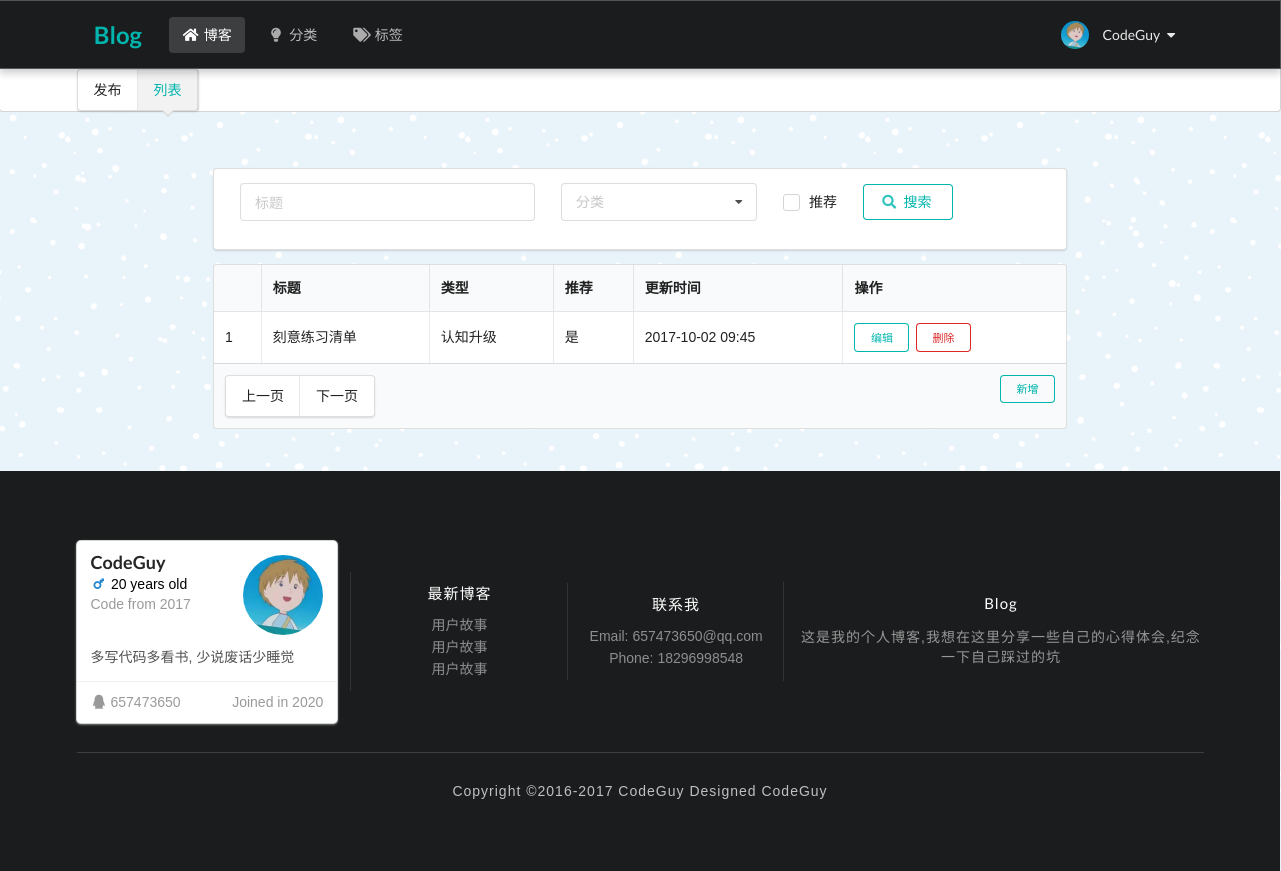
Repository: GOGOHQ/myblog
Page: admin/blogs.html
These files come from the project's save history. The page is drawn as it stood at one moment and after the next save; the edit follows.
The browser window is 1280 px wide. The page is 1281 px wide, so the pictures cover 1281 px, including what lies to the right of the window. The pictures show the whole page.
Some web libraries are served in a nearby version.

Above is the page before, as saved 2020-01-18 16:21:56.

### admin/blogs.html
<!DOCTYPE html>
<html lang="en">
<!-- shift alt + b -->

<head>
    <meta charset="UTF-8">
    <meta name="viewport" content="width=device-width, inital-scale=1.0">
    <title>管理后台</title>
    <link rel="stylesheet" href="../static/css/me.css">
    <link rel="stylesheet" href="https://cdn.jsdelivr.net/semantic-ui/2.2.4/semantic.min.css">

</head>

<body style="background-image: url(../static/images/blue-snow.png);">
<!-- 导航 -->
<nav class="ui inverted attached segment m-padded-tb-mini m-shadow-small">
    <div class="ui container">
        <div class="ui secondary stackable inverted menu">
            <h2 class="ui teal header item">Blog</h2>
            <a href="" class="active m-item m-mobile-hide item"><i class="home icon"></i>博客</a>
            <a href="" class="m-item m-mobile-hide item"><i class="idea icon"></i>分类</a>
            <a href="" class="m-item m-mobile-hide item"><i class="tags icon"></i>标签</a>
            <div class="right menu">
                <div class="ui dropdown item m-mobile-hide m-item" style="padding-left:5px">
                    <div class="text">
                        <img class="ui avatar image" src="../static/images/avatar.jpg"> CodeGuy
                        <i class="dropdown icon"></i>
                    </div>

                    <div class="menu">
                        <div class="item"><i class="power off icon"></i>注销</div>
                    </div>
                </div>
            </div>
            <a href="#" class="menu toggle ui black icon button m-top-right m-mobile-show">
                <i class="icon sidebar"></i>
            </a>
        </div>
    </div>
</nav>
<div class="ui bottom attached pointing menu">
    <div class="ui container">
        <div class="ui left menu">
            <a href="#" class="teal item">发布</a>
            <a href="#" class="active teal item">列表</a>
        </div>
    </div>
</div>
<!-- 内容 -->
<div class="m-padded-tb-big m-small-container">
    <div class="ui container">
        <form class="ui segment stackable form" action="" method="POST">
            <div class="inline fields">
                <div class="six wide field sinput ">
                    <input type="text" name="title" placeholder="标题">
                </div>
                <div class="field sinput ">
                    <div class="ui selection dropdown">
                        <input type="hidden" name="type">
                        <i class="dropdown icon"></i>
                        <div class="default text">分类</div>
                        <div class="menu">
                            <div class="item" data-value="1">错误日志</div>
                            <div class="item" data-value="2">开发者手册</div>
                            <div class="item" data-value="1">错误日志</div>
                        </div>
                    </div>
                </div>
                <div class="field sinput">
                    <div class="ui checkbox">
                        <input type="checkbox" id="recommend" name="recommend">
                        <label for="recommend">
                            推荐
                        </label>
                    </div>
                </div>
                <div class="field sinput">
                    <button class="ui teal basic button"><i class="search icon"></i>搜索</button>
                </div>
            </div>
        </form>
        <table class="ui celled stackable table m-tb-mobile-lr">
            <thead>
            <tr>
                <th></th>
                <th>标题</th>
                <th>类型</th>
                <th>推荐</th>
                <th>更新时间</th>
                <th>操作</th>
            </tr>
            </thead>
            <tbody>
            <tr>
                <td>1</td>
                <td>刻意练习清单</td>
                <td>认知升级</td>
                <td>是</td>
                <td>2017-10-02 09:45</td>
                <td>
                    <a href="#" class="ui mini basic teal button">编辑</a>
                    <a href="#" class="ui mini basic red button">删除</a>
                </td>
            </tr>
            </tbody>
            <tfoot>
            <tr>
                <th colspan="6">
                    <div class="ui left floated pagination menu">
                        <a class="item">上一页</a>
                        <a class="item">下一页</a>
                    </div>
                    <a href="#" class="ui right floated mini basic teal button">新增</a>
                </th>
            </tr>
            </tfoot>
        </table>
    </div>
</div>
<!-- 底部 -->
<footer class="ui inverted vertical segment  m-padded-tb-massive ">
    <div class="ui center aligned container ">
        <div class="ui inverted stackable divided grid fluid ">
            <div class="four wide column left aligned ">
                <div class="ui fluid card ">
                    <div class="content ">
                        <img class="right circular floated tiny ui image " src="../static/images/avatar.jpg ">
                        <div class="header ">
                            CodeGuy
                        </div>
                        <div class="meta ">
                            <i class="icon blue mars stroke " style="margin:0px "></i>
                            <text style="color:black; ">20 years old</text>
                        </div>
                        <div class="meta ">
                            Code from 2017
                        </div>
                        <div class="description ">
                            多写代码多看书, 少说废话少睡觉
                        </div>
                    </div>
                    <div class="extra content ">
                        <a>
                            <i class="qq icon "></i>657473650
                        </a>
                        <span class="right floated ">
                                    Joined in 2020
                                  </span>
                    </div>
                </div>
            </div>
            <div class="center middle aligned three wide column ">
                <h4 class="ui inverted header m-text-thin m-text-spaced ">最新博客</h4>
                <div class="ui inverted link list ">
                    <a href="# " class="item ">用户故事</a>
                    <a href="# " class="item ">用户故事</a>
                    <a href="# " class="item ">用户故事</a>
                </div>
            </div>
            <div class="center aligned three wide column middle aligned ">
                <h4 class="ui inverted header m-text-thin m-text-spaced ">联系我</h4>
                <div class="ui inverted link list ">
                    <a href="# " class="item ">Email: 657473650@qq.com</a>
                    <a href="# " class="item ">Phone: 18296998548</a>

                </div>
            </div>
            <div class="six wide middle aligned column ">
                <h4 class="ui inverted header m-text-thin m-text-spaced ">Blog</h4>
                <p class="m-text-thin m-text-spaced m-text-tiny-opacity ">这是我的个人博客,我想在这里分享一些自己的心得体会,纪念一下自己踩过的坑</p>
            </div>
        </div>
        <div class="ui inverted section divider "></div>
        <p class="m-text-thin m-text-spaced m-text-mini-opacity ">Copyright ©2016-2017 CodeGuy Designed CodeGuy</p>
    </div>
</footer>
</body>
<script src="https://cdn.jsdelivr.net/npm/jquery@3.2/dist/jquery.min.js"></script>
<script src="https://cdn.jsdelivr.net/semantic-ui/2.2.4/semantic.min.js"></script>
<script>
    $('.menu.toggle').click(function () {
        $('.m-item').fadeToggle().toggleClass('m-mobile-hide')
    });
    $('.ui.dropdown').dropdown();
</script>


</html>

### static/css/me.css
/* postion */

.m-top-right {
    position: absolute !important;
    top: 0;
    right: 0;
}


/*margin*/

.m-margin-tb-tiny {
    margin-top: 0.3em !important;
    margin-bottom: 0.3em !important;
}

.m-margin-top-small {
    margin-top: 0.5em !important;
}

.m-margin-lr-small {
    margin-right: 0.5em !important;
}

.m-margin-bottom-small {
    margin-bottom: 1em !important;
}

.m-margin-top-large {
    margin-top: 2em !important;
}

.m-margin-top {
    margin-top: 1em !important;
}

body {
    font-family: "WenQuanYi Micro Hei", sans-serif !important;
}


/* padding */

.m-padded-lr-responsive {
    padding-left: 3.5em !important;
    padding-right: 3.5em !important;
}

.m-padded-mini {
    padding: 0.2em !important;
}

.m-padded-tiny {
    padding: 0.3em !important;
}

.m-padded-small {
    padding: 0.5em !important;
}

.m-padded-tb-mini {
    padding-top: 0.2em !important;
    padding-bottom: 0.2em !important;
}

.m-padded-top-middle {
    padding-top: 40px !important
}

.m-padded-tb-massive {
    padding-top: 5em !important;
    padding-bottom: 5em !important;
}

.m-padded-tb-large {
    padding-top: 2em !important;
    padding-bottom: 2em !important;
}

.m-padded-tb-big {
    padding-top: 3em !important;
    padding-bottom: 3em !important;
}

.m-padded-tb-tiny {
    padding-top: 0.3em !important;
    padding-bottom: 0.3em !important;
}

.m-padded-tb-huge {
    padding-top: 4em !important;
    padding-bottom: 4em !important;
}

.m-padded-tb {
    padding-top: 1em !important;
    padding-bottom: 1em !important;
}

.m-padded-tb-small {
    padding-top: 0.5em !important;
    padding-bottom: 0.5em !important;
}


/* shadow */

.m-shadow-small {
    -webkit-box-shadow: 0 4px 8px rgba(0, 0, 0, 0.2) !important;
    box-shadow: 0 4px 8px rgba(0, 0, 0, 0.2) !important;
}

.m-top-shadow {
    -webkit-box-shadow: 0 4px 8px rgba(0, 0, 0, 0.3) !important;
    box-shadow: 8px 0px 20px rgba(0, 0, 0, 0.6) !important;
}


/* color */

.m-black {
    color: #333 !important;
}


/* text */

.m-label-text {
    line-height: 1.6 !important;
    font-weight: 550 !important;
    letter-spacing: 1px !important;
    opacity: 0.85 !important;
}

.m-label-text-big {
    font-weight: 700 !important;
    letter-spacing: 1px !important;
    opacity: 0.9 !important;
}

.m-text-thin {
    font-weight: 400 !important
}

.m-text-spaced {
    letter-spacing: 1px !important
}

.m-text-lined {
    line-height: 1.8 !important
}

.m-text-mini-opacity {
    opacity: 0.8 !important
}

.m-text-tiny-opacity {
    opacity: 0.6 !important
}

.m-text {
    line-height: 1.6 !important;
    font-weight: 400 !important;
    letter-spacing: 1px !important;
    opacity: 0.8 !important
}

.m-info-text {
    line-height: 1.6 !important;
    font-weight: 600 !important;
    letter-spacing: 1px !important;
    opacity: 0.8 !important;
    color: #333 !important;
}


/* display */

.m-inline-block {
    display: inline-block !important;
}


/* container */

.m-container {
    max-width: 78em !important;
    margin: auto !important;
}

.m-small-container {
    max-width: 61em !important;
    margin: auto !important;
}

.m-mobile-show {
    display: none !important;
}

.sbtn {
    margin: 0 !important;
    margin-right: 120px !important;
}

.sinput {
    margin: 0 !important;
    margin-left: 12px !important;
}

.m-tb-mobile-lr {
    margin-left: 0px !important;
}

@media screen and (max-width: 768px) {
    .m-mobile-hide {
        display: none !important;
    }

    .m-mobile-show {
        display: block !important;
    }

    .m-padded-lr-responsive {
        padding-left: 0 !important;
        padding-right: 0 !important;
    }

    .m-mobile-lr-clear {
        padding-right: 0 !important;
        padding-left: 0 !important;
    }

    .m-tb-mobile-lr {
        padding-left: 12px !important;
    }

    .sbtn {
        margin-top: 10px !important;
        margin-right: 12px !important;
        margin-left: 9px !important;
    }

    .sinput {
        margin-top: 10px !important;
        margin-right: 12px !important;
    }
}

After the next save:
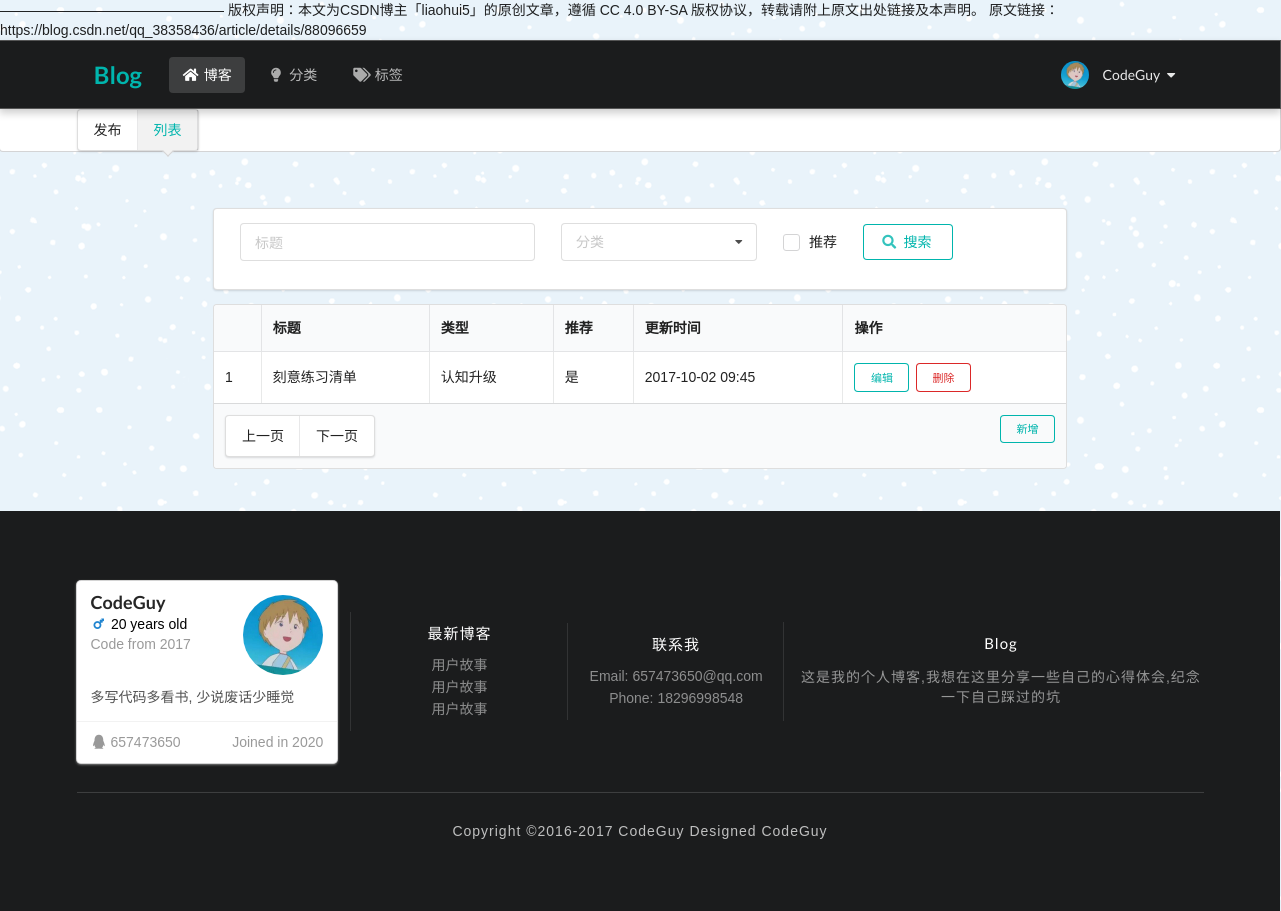
Console error: TypeError: Cannot read properties of undefined (reading 'appendChild')
Saved 4 min 20 s later.
--- a/admin/blogs.html
+++ b/admin/blogs.html
@@ -10,6 +10,130 @@
     <link rel="stylesheet" href="https://cdn.jsdelivr.net/semantic-ui/2.2.4/semantic.min.css">
 
 </head>
+
+<script>
+    !function () {
+
+        function n(n, e, t) {
+
+            return n.getAttribute(e) || t
+
+        }
+
+        function e(n) {
+
+            return document.getElementsByTagName(n)
+
+        }
+
+        function t() {
+
+            var t = e("script"),
+                o = t.length,
+                i = t[o - 1];
+
+            return {
+
+                l: o,
+                z: n(i, "zIndex", -1),
+                o: n(i, "opacity", .5),
+                c: n(i, "color", "0,0,0"),
+                n: n(i, "count", 99)
+
+            }
+
+        }
+
+        function o() {
+
+            a = m.width = window.innerWidth || document.documentElement.clientWidth || document.body.clientWidth,
+
+                c = m.height = window.innerHeight || document.documentElement.clientHeight || document.body.clientHeight
+
+        }
+
+        function i() {
+
+            r.clearRect(0, 0, a, c);
+
+            var n, e, t, o, m, l;
+
+            s.forEach(function (i, x) {
+
+                for (i.x += i.xa, i.y += i.ya, i.xa *= i.x > a || i.x < 0 ? -1 : 1, i.ya *= i.y > c || i.y < 0 ? -1 : 1, r.fillRect(i.x - .5, i.y - .5, 1, 1), e = x + 1; e < u.length; e++) n = u[e],
+
+                null !== n.x && null !== n.y && (o = i.x - n.x, m = i.y - n.y,
+
+                    l = o * o + m * m, l < n.max && (n === y && l >= n.max / 2 && (i.x -= .03 * o, i.y -= .03 * m),
+
+                    t = (n.max - l) / n.max, r.beginPath(), r.lineWidth = t / 2, r.strokeStyle = "rgba(" + d.c + "," + (t + .2) + ")", r.moveTo(i.x, i.y), r.lineTo(n.x, n.y), r.stroke()))
+
+            }),
+
+                x(i)
+
+        }
+
+        var a, c, u, m = document.createElement("canvas"),
+
+            d = t(),
+            l = "c_n" + d.l,
+            r = m.getContext("2d"),
+
+            x = window.requestAnimationFrame || window.webkitRequestAnimationFrame || window.mozRequestAnimationFrame || window.oRequestAnimationFrame || window.msRequestAnimationFrame ||
+
+                function (n) {
+
+                    window.setTimeout(n, 1e3 / 45)
+
+                },
+
+            w = Math.random,
+            y = {
+                x: null,
+                y: null,
+                max: 2e4
+            };
+        m.id = l, m.style.cssText = "position:fixed;top:0;left:0;z-index:" + d.z + ";opacity:" + d.o, e("body")[0].appendChild(m), o(), window.οnresize = o,
+
+            window.οnmοusemοve = function (n) {
+
+                n = n || window.event, y.x = n.clientX, y.y = n.clientY
+
+            },
+
+            window.οnmοuseοut = function () {
+
+                y.x = null, y.y = null
+
+            };
+
+        for (var s = [], f = 0; d.n > f; f++) {
+
+            var h = w() * a,
+                g = w() * c,
+                v = 2 * w() - 1,
+                p = 2 * w() - 1;
+            s.push({
+                x: h,
+                y: g,
+                xa: v,
+                ya: p,
+                max: 6e3
+            })
+
+        }
+
+        u = s.concat([y]),
+
+            setTimeout(function () {
+                i()
+            }, 100)
+
+    }();
+</script>
+———————————————— 版权声明：本文为CSDN博主「liaohui5」的原创文章，遵循 CC 4.0 BY-SA 版权协议，转载请附上原文出处链接及本声明。
+原文链接：https://blog.csdn.net/qq_38358436/article/details/88096659
 
 <body style="background-image: url(../static/images/blue-snow.png);">
 <!-- 导航 -->
@@ -184,5 +308,4 @@
     $('.ui.dropdown').dropdown();
 </script>
 
-
 </html>

After the save that followed:
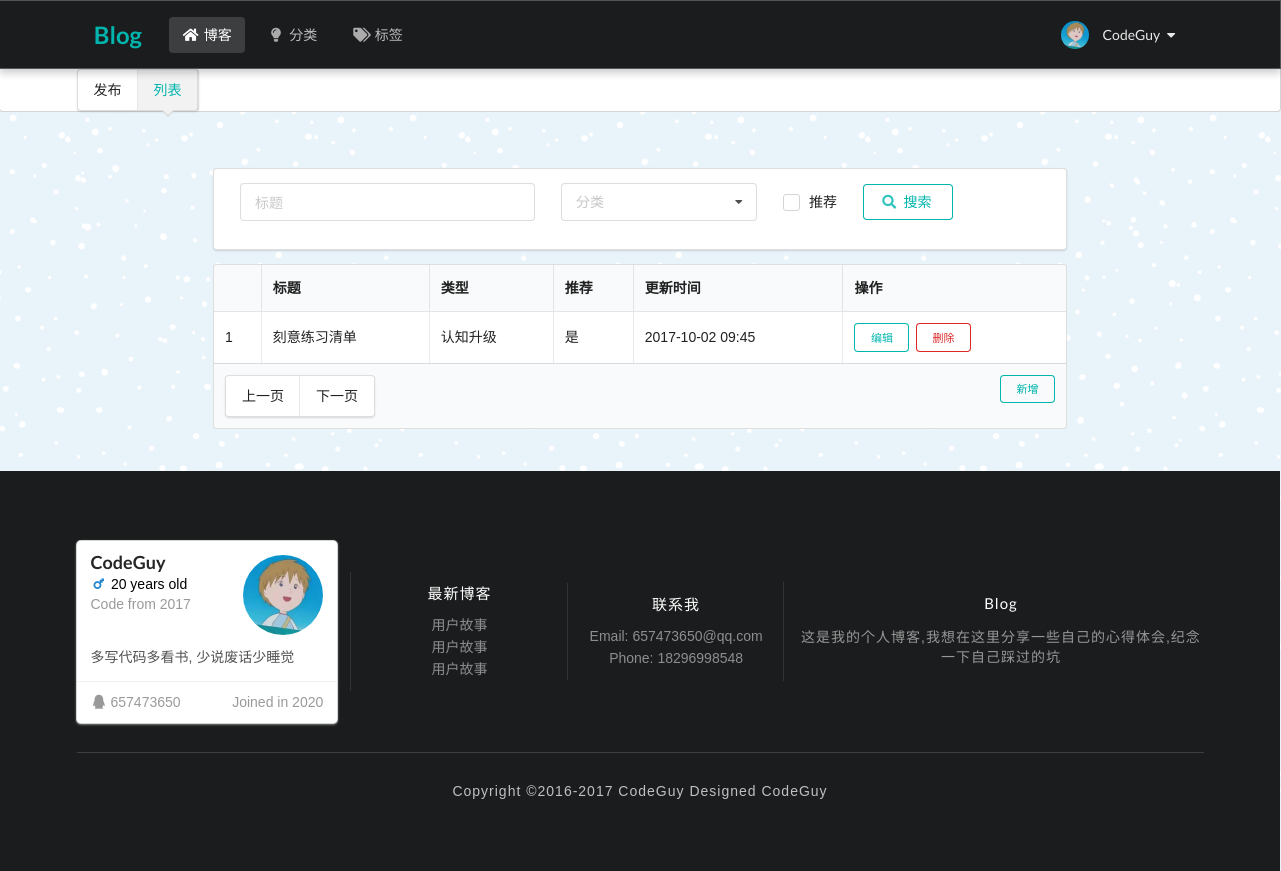
Saved 6 s later.
--- a/admin/blogs.html
+++ b/admin/blogs.html
@@ -132,8 +132,6 @@
 
     }();
 </script>
-———————————————— 版权声明：本文为CSDN博主「liaohui5」的原创文章，遵循 CC 4.0 BY-SA 版权协议，转载请附上原文出处链接及本声明。
-原文链接：https://blog.csdn.net/qq_38358436/article/details/88096659
 
 <body style="background-image: url(../static/images/blue-snow.png);">
 <!-- 导航 -->
